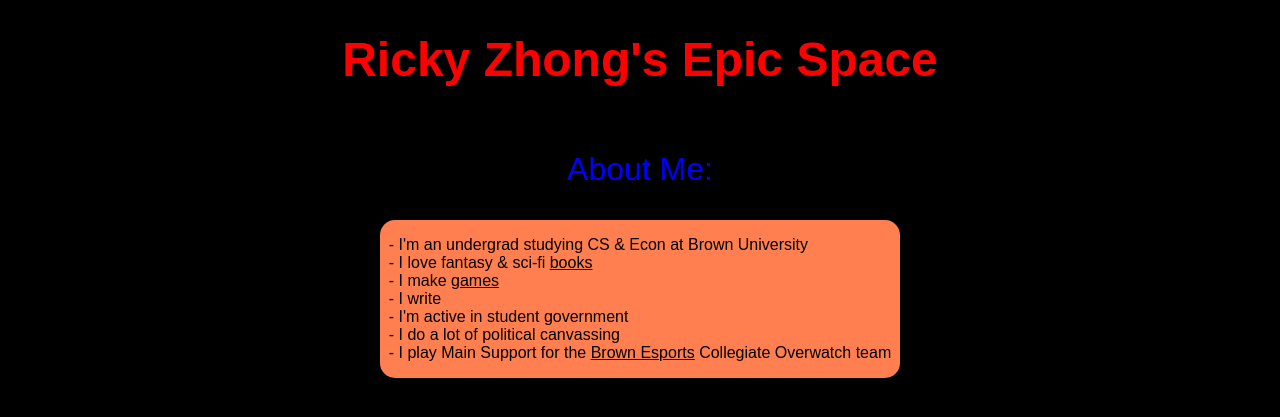
Repository: rickydaricky/rickydaricky.github.io
Page: index.html
These files come from the project's save history. The page is drawn as it stood at one moment and after the next save; the edit follows.
The browser window is 1280 px wide. The pictures show the whole page.

Above is the page before, as saved 2023-03-31 13:28:01.

After the next save:
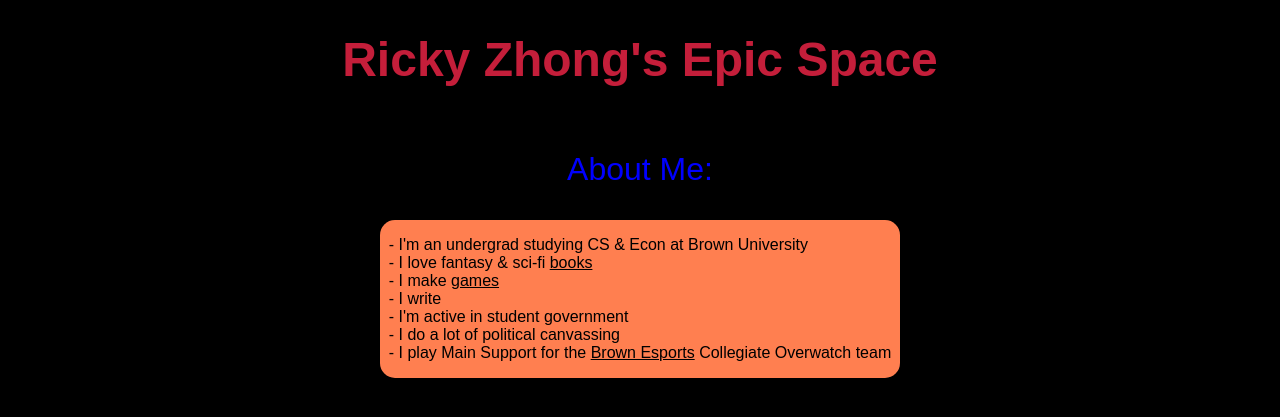
Saved 35 s later.
--- a/main.css
+++ b/main.css
@@ -21,7 +21,7 @@ body {
 .name {
   text-align: center;
   font-size: 300%;
-  color: red;
+  color: #C41E3A;
 }
 
 .about-container {
